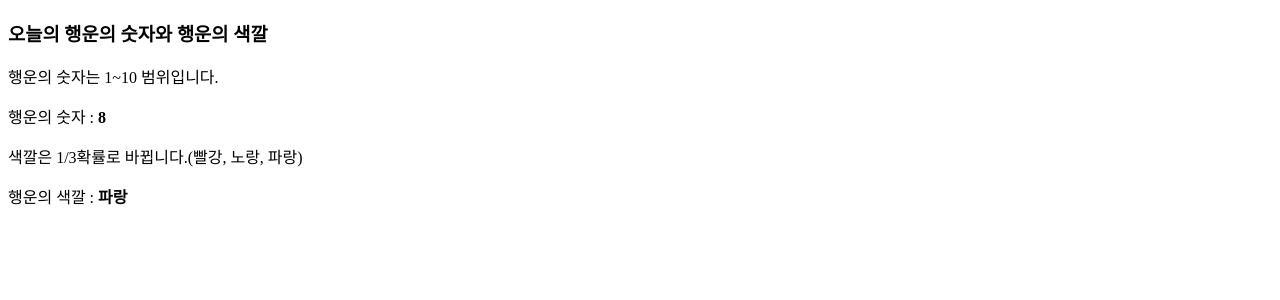
Repository: jjjjjjji-hun/jsp_practice
Page: http://localhost/JSPBasic/jspTag/TagQ01.jsp
An editor plug-in stored every save of this project. The page is shown before and after the next save, followed by the edit.
The browser window is 1280 px wide. The pictures show the whole page.
The page is served by Tomcat 9.

Above is the page before, as saved 2022-01-28 06:09:38.

After the next save:
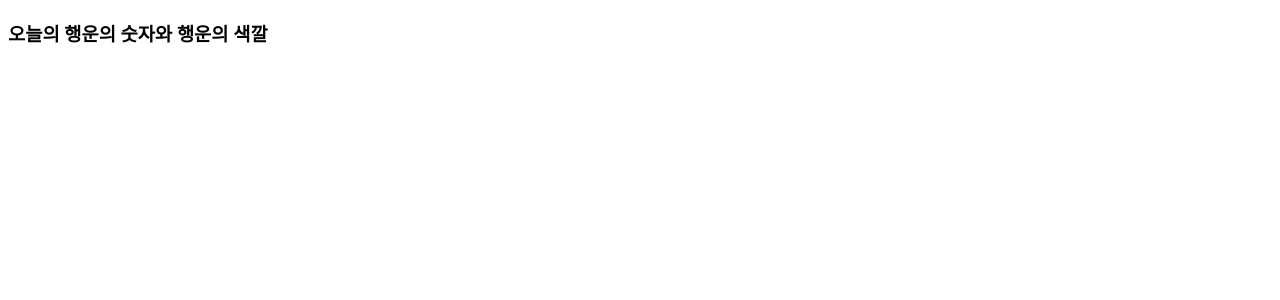
Saved 2 min 46 s later.
--- a/JSPBasic/src/main/webapp/jspTag/TagQ01.jsp
+++ b/JSPBasic/src/main/webapp/jspTag/TagQ01.jsp
@@ -31,9 +31,5 @@
 %>
 
 	<h3>오늘의 행운의 숫자와 행운의 색깔</h3>
-	<p>행운의 숫자는 1~10 범위입니다.</p>
-	<p>행운의 숫자 : <b><%= randomNumber() %></b></p>
-	<p>색깔은 1/3확률로 바뀝니다.(빨강, 노랑, 파랑)</p>
-	<p>행운의 색깔 : <b><%= randomColor() %></b></p>
 </body>
 </html>
